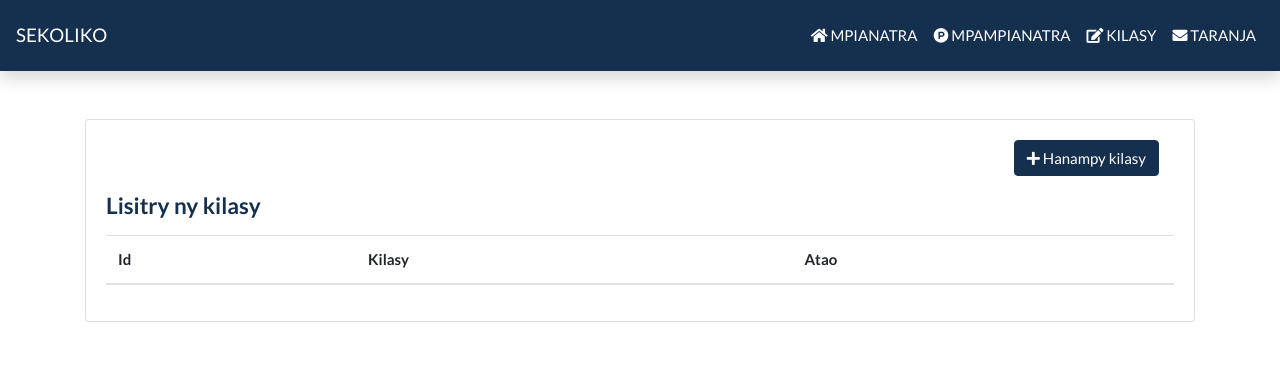
Repository: niainamahefa/j2ee-sekoliko
Page: http://localhost/Ecole/classe
The author's editor kept a copy of each file at every save. The page is drawn from the files as they stood at one save, then again after the next save.
The browser window is 1280 px wide. The pictures show the whole page.
The page is served by Tomcat 9. Queries for data that is not in the repository find no rows.

Above is the page before, as saved 2021-02-07 14:33:48.

After the next save:
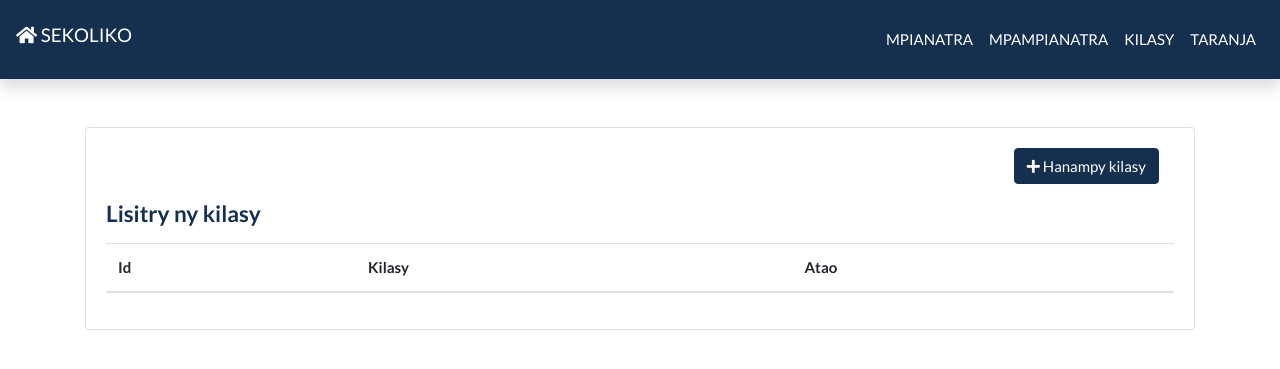
Saved 15 s later.
--- a/Ecole/WebContent/WEB-INF/classe.jsp
+++ b/Ecole/WebContent/WEB-INF/classe.jsp
@@ -13,23 +13,23 @@
 <body>
 	<nav class="navbar navbar-expand-lg  navbar-dark  bg-primary  shadow container-fluid">
 
-            <a class="navbar-brand lnav" href="#" data-scroll="acceuill">SEKOLIKO</a>
+            <a class="navbar-brand lnav h1" href="#" data-scroll="acceuill"><i class="fas fa-home "></i> SEKOLIKO</a>
             <button class="navbar-toggler" type="button" data-toggle="collapse" data-target="#navbarNav" aria-controls="navbarNav" aria-expanded="false" aria-label="Toggle navigation">
                 <span class="navbar-toggler-icon"></span>
             </button>
             <div class="collapse navbar-collapse " id="navbarNav">
                 <ul class="navbar-nav ml-auto">
                   <li class="nav-item">
-                    <a class="nav-link lnav" href="eleve" data-scroll="eleve"><i class="fas fa-home "></i> MPIANATRA <span class="sr-only">(current)</span></a>
+                    <a class="nav-link lnav" href="eleve" data-scroll="eleve"> MPIANATRA <span class="sr-only">(current)</span></a>
                 </li>
                 <li class="nav-item">
-                    <a class="nav-link lnav" href="professeur" data-scroll="produit"><i class="fab fa-product-hunt"></i> MPAMPIANATRA</a>
+                    <a class="nav-link lnav" href="professeur" data-scroll="produit"> MPAMPIANATRA</a>
                 </li>
                 <li class="nav-item">
-                        <a class="nav-link lnav" href="classe" data-scroll="inscription"><i class ="fa fa-edit"></i> KILASY</a>
+                        <a class="nav-link lnav" href="classe" data-scroll="inscription"> KILASY</a>
                     </li>
                 <li class="nav-item">
-                    <a class="nav-link lnav" href="matiere" data-scroll="contact"><i class ="fa fa-envelope"></i> TARANJA</a>
+                    <a class="nav-link lnav" href="eleve" data-scroll="contact"> TARANJA</a>
                 </li>
             </ul>
         </div>
